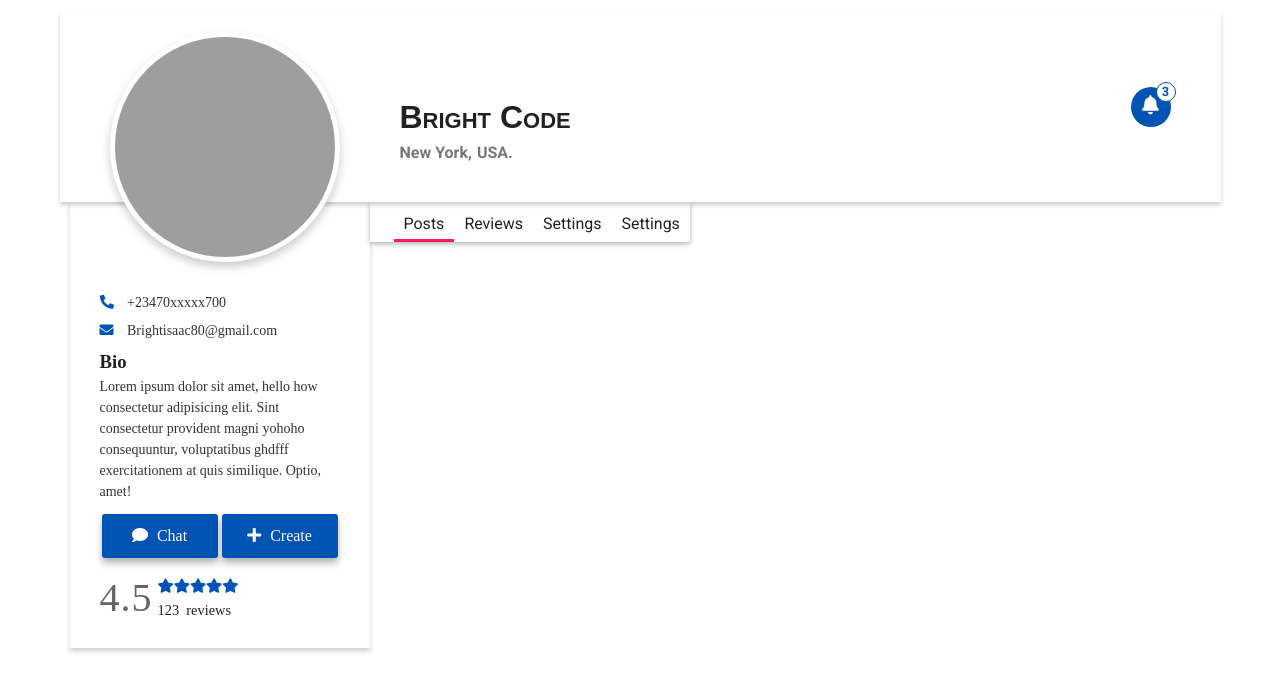
Repository: akinsikuoluwafemi/Pats_userAuth
Page: /userinfo
The author's editor kept a copy of each file at every save. The page is drawn from the files as they stood at one save, then again after a run of saves.
The browser window is 1280 px wide. The pictures show the whole page.
Pictures or frames that could not be fetched are drawn as grey boxes. The project was rebuilt for these pictures with package versions that can differ from the ones it lists, and the page was loaded fresh each time. Also part of the build but not shown: vue.config.js, src/views/Home.vue, src/components/Login.vue, src/components/Signup.vue.

Above is the page before, as saved 2020-11-05 01:44:01.

### src/App.vue
<template>
  <v-app>


    <v-main>
      <router-view></router-view>
    </v-main>
  </v-app>
</template>

<script>

export default {
  name: 'App',

  components: {

},

  data: () => ({
    //
  }),
};
</script>

### src/router/index.js
import Vue from 'vue'
import VueRouter from 'vue-router'
import Home from '../views/Home.vue'
import Login from '../components/Login.vue'
import Signup from "../components/Signup.vue";
import UserInfo from "../components/UserInfo.vue";


Vue.use(VueRouter)

const routes = [
  {
    path: "/",
    name: "Home",
    component: Home,
  },
  {
    path: "/login",
    name: "Login",
    component: Login,
  },

  {
    path: "/signup",
    name: "Signup",
    component: Signup,
  },

  {
    path: "/userinfo",
    name: "Userinfo",
    component: UserInfo,
  },
  {
    path: "/about",
    name: "About",
    // route level code-splitting
    // this generates a separate chunk (about.[hash].js) for this route
    // which is lazy-loaded when the route is visited.
    component: () =>
      import(/* webpackChunkName: "about" */ "../views/About.vue"),
  },
];

const router = new VueRouter({
  mode: 'history',
  base: process.env.BASE_URL,
  routes
})

export default router

### src/plugins/vuetify.js
import "@fortawesome/fontawesome-free/css/all.css"
import 'material-design-icons-iconfont/dist/material-design-icons.css'
import Vue from 'vue';
import Vuetify from 'vuetify/lib';

Vue.use(Vuetify);

export default new Vuetify({
    icons: {
        iconfont: 'md' || 'fa'
    }
});

### src/components/UserInfo.vue
<template>
    <div class="container">
  <div class="profile-header">
    <div class="profile-img">
      <img src="https://images.unsplash.com/photo-1486312338219-ce68d2c6f44d?ixlib=rb-1.2.1&ixid=eyJhcHBfaWQiOjEyMDd9&auto=format&fit=crop&w=1352&q=80" width="200" alt="Profile Image">
    </div>
    <div class="profile-nav-info">
      <h3 class="user-name">Bright Code</h3>
      <div class="address">
        <p id="state" class="state">New York,</p>
        <span id="country" class="country">USA.</span>
      </div>

    </div>
    <div class="profile-option">
      <div class="notification">
        <i class="fa fa-bell"></i>
        <span class="alert-message">3</span>
      </div>
    </div>
  </div>

  <div class="main-bd">
    <div class="left-side">
      <div class="profile-side">
        <p class="mobile-no"><i class="fa fa-phone"></i> +23470xxxxx700</p>
        <p class="user-mail"><i class="fa fa-envelope"></i> Brightisaac80@gmail.com</p>
        <div class="user-bio">
          <h3>Bio</h3>
          <p class="bio">
            Lorem ipsum dolor sit amet, hello how consectetur adipisicing elit. Sint consectetur provident magni yohoho consequuntur, voluptatibus ghdfff exercitationem at quis similique. Optio, amet!
          </p>
        </div>
        <div class="profile-btn">
          <button class="chatbtn" id="chatBtn"><i class="fa fa-comment"></i> Chat</button>
          <button class="createbtn" id="Create-post"><i class="fa fa-plus"></i> Create</button>
        </div>
        <div class="user-rating">
          <h3 class="rating">4.5</h3>
          <div class="rate">
            <div class="star-outer">
              <div class="star-inner">
                <i class="fa fa-star"></i>
                <i class="fa fa-star"></i>
                <i class="fa fa-star"></i>
                <i class="fa fa-star"></i>
                <i class="fa fa-star"></i>
              </div>
            </div>
            <span class="no-of-user-rate"><span>123</span>&nbsp;&nbsp;reviews</span>
          </div>

        </div>
      </div>

    </div>
    <div class="right-side">

      <div class="nav">
        <ul>
          <li onclick="tabs(0)" class="user-post active">Posts</li>
          <li onclick="tabs(1)" class="user-review">Reviews</li>
          <li onclick="tabs(2)" class="user-setting"> Settings</li>
          <li onclick="tabs(2)" class="user-setting"> Settings</li>

        </ul>
      </div>
      <div class="profile-body">
        <div class="profile-posts tab">
          <h1>Your Post</h1>
          <p>Lorem ipsum dolor sit amet, consectetur adipisicing elit. Ipsa quia sunt itaque ut libero cupiditate ullam qui velit laborum placeat doloribus, non tempore nisi ratione error rem minima ducimus. Accusamus adipisci quasi at itaque repellat sed
            magni eius magnam repellendus. Quidem inventore repudiandae sunt odit. Aliquid facilis fugiat earum ex officia eveniet, nisi, similique ad ullam repudiandae molestias aspernatur qui autem, nam? Cupiditate ut quasi iste, eos perspiciatis maiores
            molestiae.</p>
        </div>
        <div class="profile-reviews tab">
          <h1>User reviews</h1>
          <p>Lorem ipsum dolor sit amet, consectetur adipisicing elit. Aliquam pariatur officia, aperiam quidem quasi, tenetur molestiae. Architecto mollitia laborum possimus iste esse. Perferendis tempora consectetur, quae qui nihil voluptas. Maiores debitis
            repellendus excepturi quisquam temporibus quam nobis voluptatem, reiciendis distinctio deserunt vitae! Maxime provident, distinctio animi commodi nemo, eveniet fugit porro quos nesciunt quidem a, corporis nisi dolorum minus sit eaque error
            sequi ullam. Quidem ut fugiat, praesentium velit aliquam!</p>
        </div>
        <div class="profile-settings tab">
          <div class="account-setting">
            <h1>Acount Setting</h1>
            <p>Lorem ipsum dolor sit amet, consectetur adipisicing elit. Reprehenderit omnis eaque, expedita nostrum, facere libero provident laudantium. Quis, hic doloribus! Laboriosam nemo tempora praesentium. Culpa quo velit omnis, debitis maxime, sequi
              animi dolores commodi odio placeat, magnam, cupiditate facilis impedit veniam? Soluta aliquam excepturi illum natus adipisci ipsum quo, voluptatem, nemo, commodi, molestiae doloribus magni et. Cum, saepe enim quam voluptatum vel debitis
              nihil, recusandae, omnis officiis tenetur, ullam rerum.</p>
          </div>
        </div>
      </div>
    </div>
  </div>
</div>

</template>


<style scoped>

.profile-header { background: #fff; width: 100%; display: flex; height: 190px;
position: relative; box-shadow: 0px 3px 4px rgba(0, 0, 0, 0.2); } .profile-img {
float: left; width: 340px; height: 200px; } .profile-img img { border-radius:
50%; height: 230px; width: 230px; border: 5px solid #fff; box-shadow: 0px 5px
10px rgba(0, 0, 0, 0.2); position: absolute; left: 50px; top: 20px; z-index: 5;
background: #fff; } .profile-nav-info { float: left; display: flex;
flex-direction: column; justify-content: center; padding-top: 60px; }
.profile-nav-info h3 { font-variant: small-caps; font-size: 2rem; font-family:
sans-serif; font-weight: bold; } .profile-nav-info .address { display: flex;
font-weight: bold; color: #777; } .profile-nav-info .address p { margin-right:
5px; } .profile-option { width: 40px; height: 40px; position: absolute; right:
50px; top: 50%; transform: translateY(-50%); border-radius: 50%; display: flex;
justify-content: center; align-items: center; cursor: pointer; transition: all
0.5s ease-in-out; outline: none; background: #0153B4; } .profile-option:hover {
background: #fff; border: 1px solid #0153B4; } .profile-option:hover
.notification i { color: #0153B4; } .profile-option:hover span { background:
#0153B4; } .profile-option .notification i { color: #fff; font-size: 1.2rem;
transition: all 0.5s ease-in-out; } .profile-option .notification .alert-message
{ position: absolute; top: -5px; right: -5px; background: #fff; color: #0153B4;
border: 1px solid #0153B4; padding: 5px; border-radius: 50%; height: 20px;
width: 20px; display: flex; justify-content: center; align-items: center;
font-size: 0.8rem; font-weight: bold; } .main-bd { width: 100%; display: flex;
padding-right: 15px; } .profile-side { width: 300px; background: #fff;
box-shadow: 0px 3px 5px rgba(0, 0, 0, 0.2); padding: 90px 30px 20px;
font-family: "Bree Serif", serif; margin-left: 10px; z-index: 99; }
.profile-side p { margin-bottom: 7px; color: #333; font-size: 14px; }
.profile-side p i { color: #0153B4; margin-right: 10px; } .mobile-no i {
transform: rotateY(180deg); color: #0153B4; } .profile-btn { display: flex; }
button.chatbtn, button.createbtn { border: 0; padding: 10px; width: 100%;
border-radius: 3px; background: #0153B4; color: #fff; font-family: "Bree Serif";
font-size: 1rem; margin: 5px 2px; cursor: pointer; outline: none; margin-bottom:
10px; transition: background 0.3s ease-in-out; box-shadow: 0px 5px 7px 0px
rgba(0, 0, 0, 0.3); } button.chatbtn:hover, button.createbtn:hover { background:
rgba(288, 0, 70, 0.9); } button.chatbtn i, button.createbtn i { margin-right:
5px; } .user-rating { display: flex; } .user-rating h3 { font-size: 2.5rem;
font-weight: 200; margin-right: 5px; letter-spacing: 1px; color: #666; }
.user-rating .no-of-user-rate { font-size: 0.9rem; } .rate { padding-top: 6px; }
.rate i { font-size: 0.9rem; color: #0153B4
; } .nav { width: 100%;
z-index: -1; } .nav ul { display: flex; justify-content: space-around;
list-style-type: none; height: 40px; background: #fff; box-shadow: 0px 2px 5px
rgba(0, 0, 0, 0.3); } .nav ul li { padding: 10px; width: 100%; cursor: pointer;
text-align: center; transition: all 0.2s ease-in-out; } .nav ul li:hover, .nav
ul li.active { box-shadow: 0px -3px 0px rgba(288, 0, 70, 0.9) inset; }
.profile-body { width: 100%; z-index: -1; } .tab { display: none; } .tab {
padding: 20px; width: 100%; text-align: center; } @media (max-width: 1100px) {
.profile-side { width: 250px; padding: 90px 15px 20px; } .profile-img img {
height: 200px; width: 200px; left: 50px; top: 50px; } } @media (max-width:
900px) { body { margin: 0 20px; } .profile-header { display: flex; height: 100%;
flex-direction: column; text-align: center; padding-bottom: 20px; } .profile-img
{ float: left; width: 100%; height: 200px; } .profile-img img { position:
relative; height: 200px; width: 200px; left: 0px; } .profile-nav-info {
text-align: center; } .profile-option { right: 20px; top: 75%; transform:
translateY(50%); } .main-bd { flex-direction: column; padding-right: 0; }
.profile-side { width: 100%; text-align: center; padding: 20px; margin: 5px 0; }
.profile-nav-info .address { justify-content: center; } .user-rating {
justify-content: center; } } @media (max-width: 400px) { body { margin: ; }
.profile-option { width: 30px; height: 30px; position:
absolute; right: 15px; top: 83%; } .profile-option .notification .alert-message
{ top: -3px; right: -4px; padding: 4px; height: 15px; width: 15px; font-size:
0.7rem; } .profile-nav-info h3 { font-size: 1.9rem; } .profile-nav-info .address
p, .profile-nav-info .address span { font-size: 0.7rem; } } #see-more-bio,
#see-less-bio { color: blue; cursor: pointer; text-transform: lowercase; } .tab
h1 { font-family: "Bree Serif", sans-serif; display: flex; justify-content:
center; margin: 20px auto; }



</style>

Loaded but not shown: public/index.html (common file); src/main.js (common file)

After the next 6 saves:
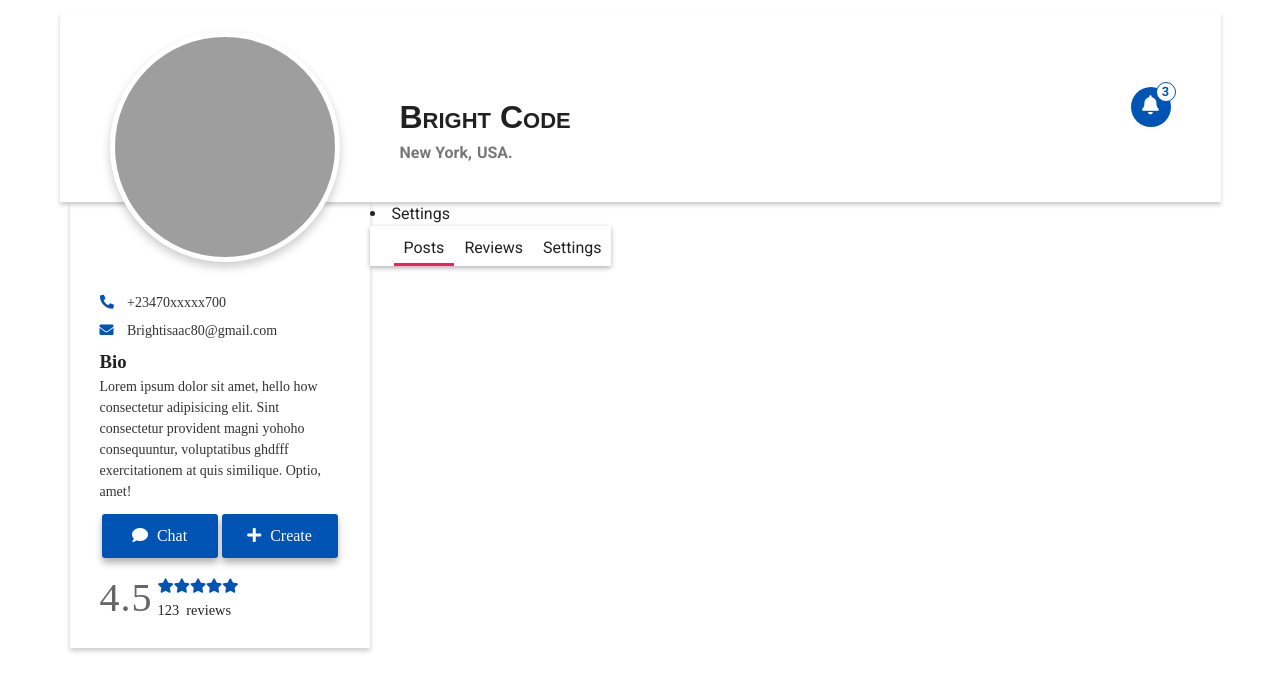
The 6 saves are shown as one change because they came seconds apart.
The last was saved 17 s later.
--- a/src/components/UserInfo.vue
+++ b/src/components/UserInfo.vue
@@ -55,12 +55,12 @@
 
     </div>
     <div class="right-side">
+        <li onclick="tabs(2)" class="user-setting"> Settings</li>
 
       <div class="nav">
         <ul>
           <li onclick="tabs(0)" class="user-post active">Posts</li>
           <li onclick="tabs(1)" class="user-review">Reviews</li>
-          <li onclick="tabs(2)" class="user-setting"> Settings</li>
           <li onclick="tabs(2)" class="user-setting"> Settings</li>
 
         </ul>
